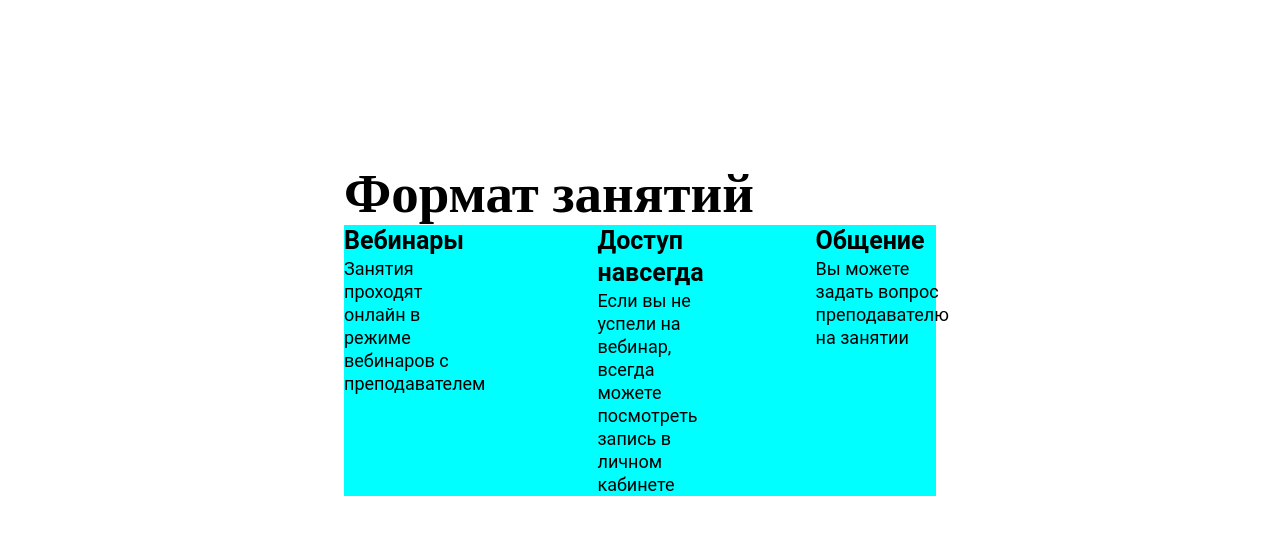
Repository: mirali879/previous-proj
Page: index.html
An editor plug-in stored every save of this project. The page is shown before and after the next save, followed by the edit.
The browser window is 1280 px wide. The pictures show the whole page.

Above is the page before, as saved 2023-05-06 19:08:46.

After the next save:
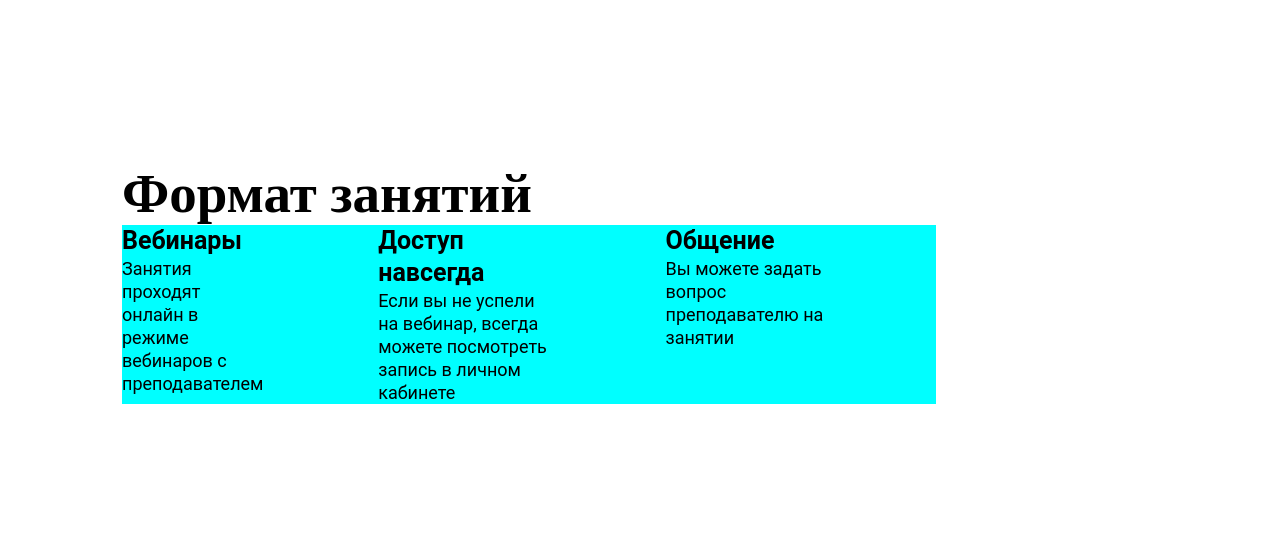
Saved 12 s later.
--- a/style.css
+++ b/style.css
@@ -4,7 +4,7 @@
 }
 
 .page-1 {
-  padding: 162px 344px
+  padding: 162px 344px 188px 122px;
 }
 
 .page-1 h1 {
